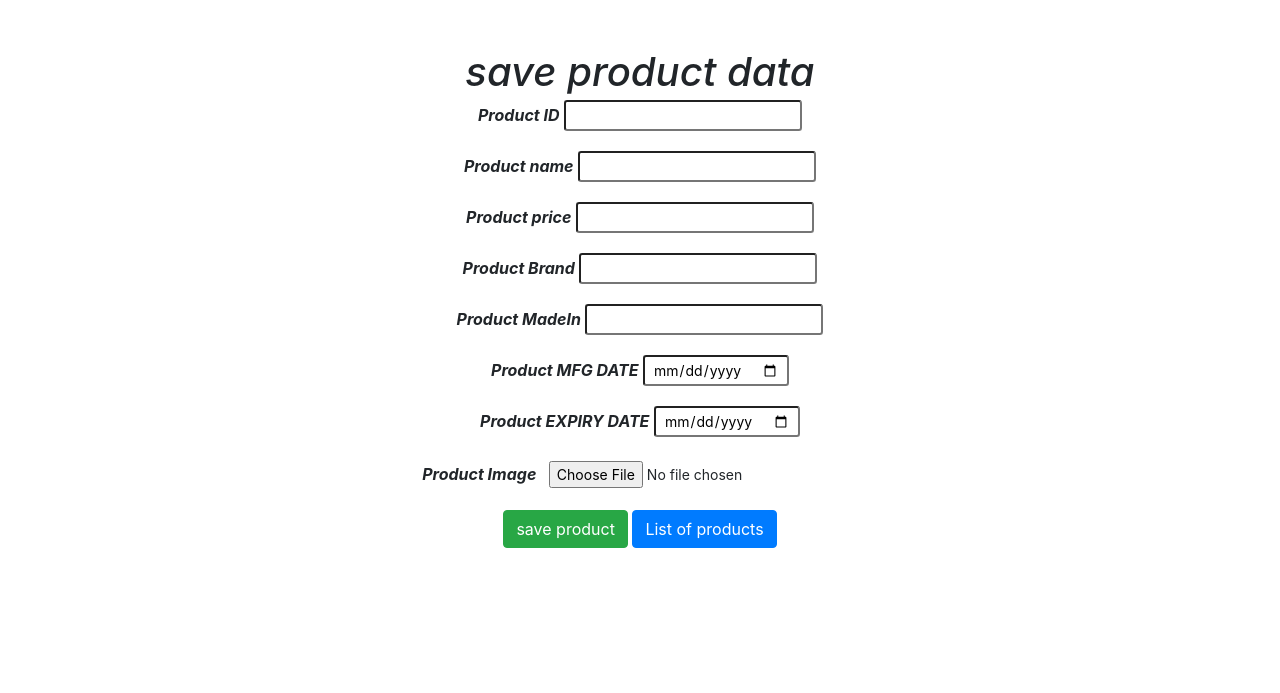
Repository: gunttyrakesh0/advprogm
Page: ProductManagement/src/main/webapp/add-product.html
These files come from the project's save history. The page is drawn as it stood at one moment and after the next save; the edit follows.
The browser window is 1280 px wide. The pictures show the whole page.

Above is the page before, as saved 2024-03-09 06:48:55.

After the next save:
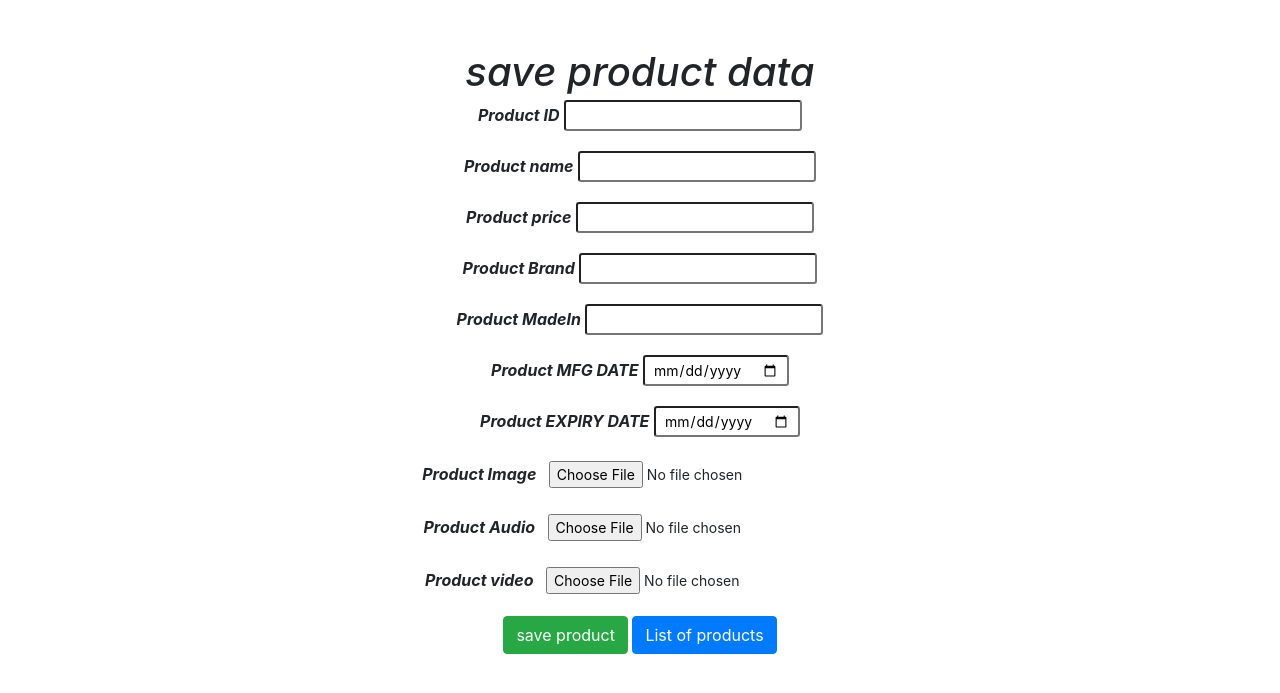
Saved 26 s later.
--- a/ProductManagement/src/main/webapp/add-product.html
+++ b/ProductManagement/src/main/webapp/add-product.html
@@ -61,6 +61,22 @@
 				<input type="file" class="form-control-sm" id="proimage"
 					name="proimage" accept="image/*" required>
 			</div>
+
+
+			<div class="form-group">
+				<label class="font-italic font-weight-bold"
+					for="proAudio">Product Audio</label>
+				<input type="file" class="form-control-sm" id="proAudio"
+					name="proAudio"   accept="audio*/" required>
+			</div>
+
+			 <div class="form-group">
+				<label class="font-italic font-weight-bold"
+					for="provideo">Product video</label>
+				<input type="file" class="form-control-sm" id="provideo"
+					name="provideo"   accept="audio*/" required>
+			</div>
+
 			<div>
 				<input type="submit" class="btn btn-success" value="save product"/>
 				<a href="productList.jsp" class="btn btn-primary">List of products</a>
